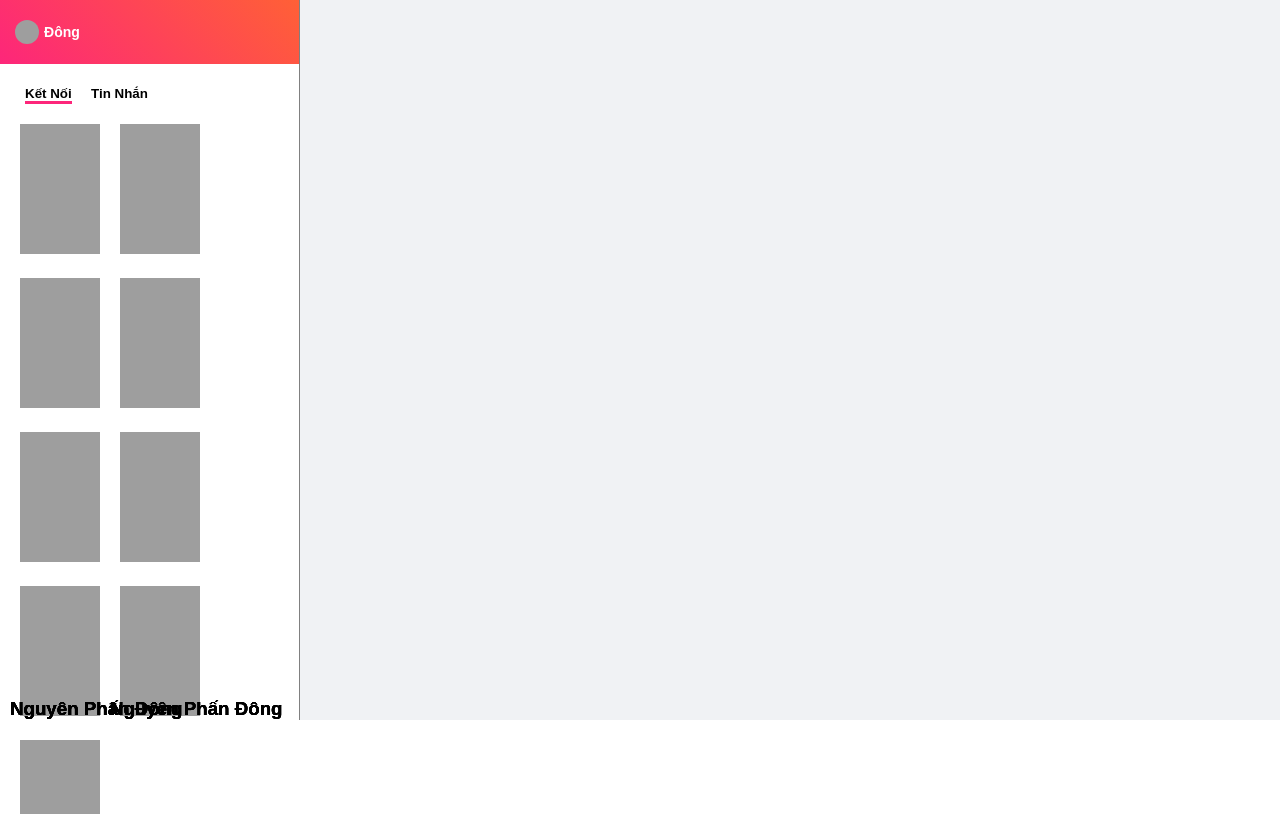
Repository: conquy2002/Project-Tinder
Page: Project RobinTinder/website/index.html
The author's editor kept a copy of each file at every save. The page is drawn from the files as they stood at one save, then again after the next save.
The browser window is 1280 px wide. The pictures show the whole page.
Pictures or frames that could not be fetched are drawn as grey boxes.

Above is the page before, as saved 2022-01-07 09:40:14.

After the next save:
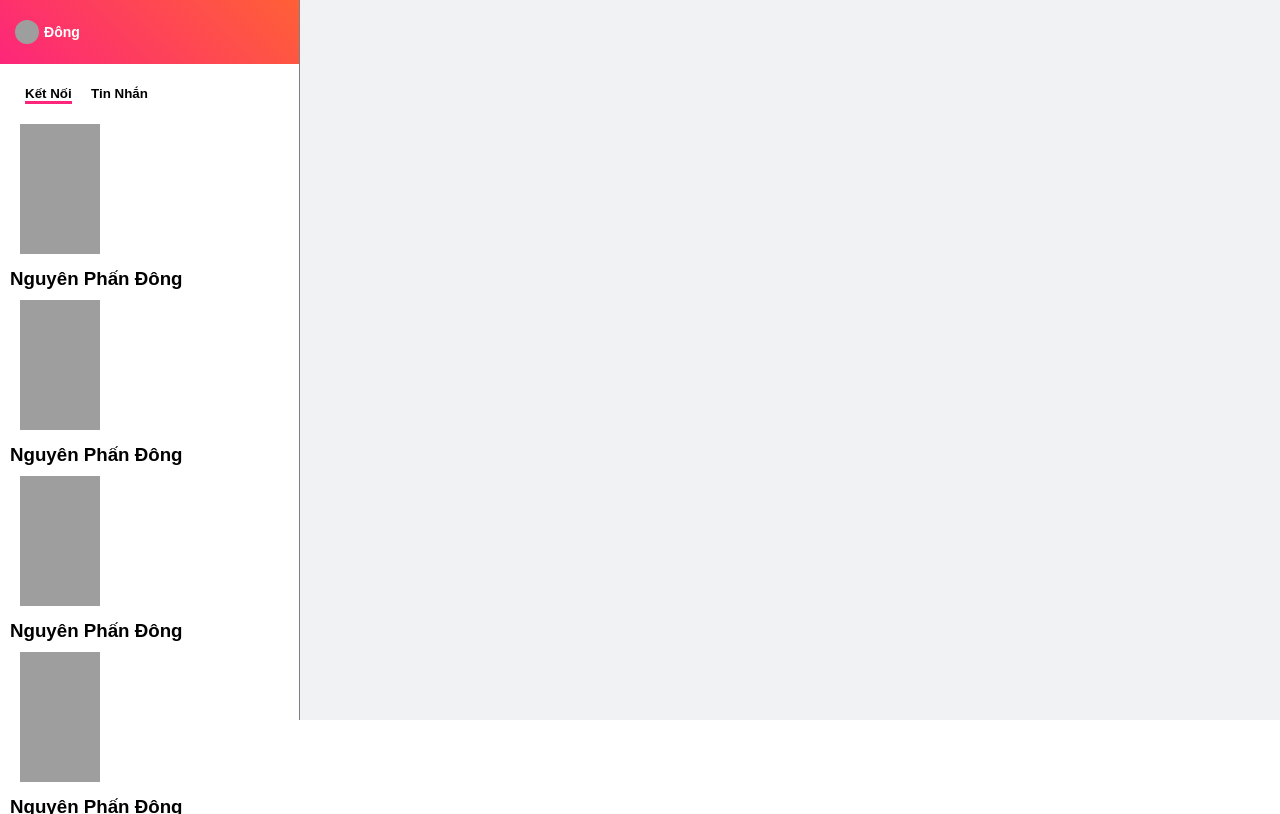
Saved 56 s later.
--- a/Project RobinTinder/website/css/style.css
+++ b/Project RobinTinder/website/css/style.css
@@ -85,10 +85,15 @@
     margin: 10px;
 }
 .nav__content-main .connection_span{
-
+    width: 90%;
+    white-space: pre-wrap;
+    position: absolute;
+    left: 6px;
+    bottom: 6px;
+    color: #fff;
 }
 .nav__content-main span h3{
-    position: absolute;
+
     bottom: 0;
     hyphens: none;
     white-space: nowrap;

After the 3 saves that followed:
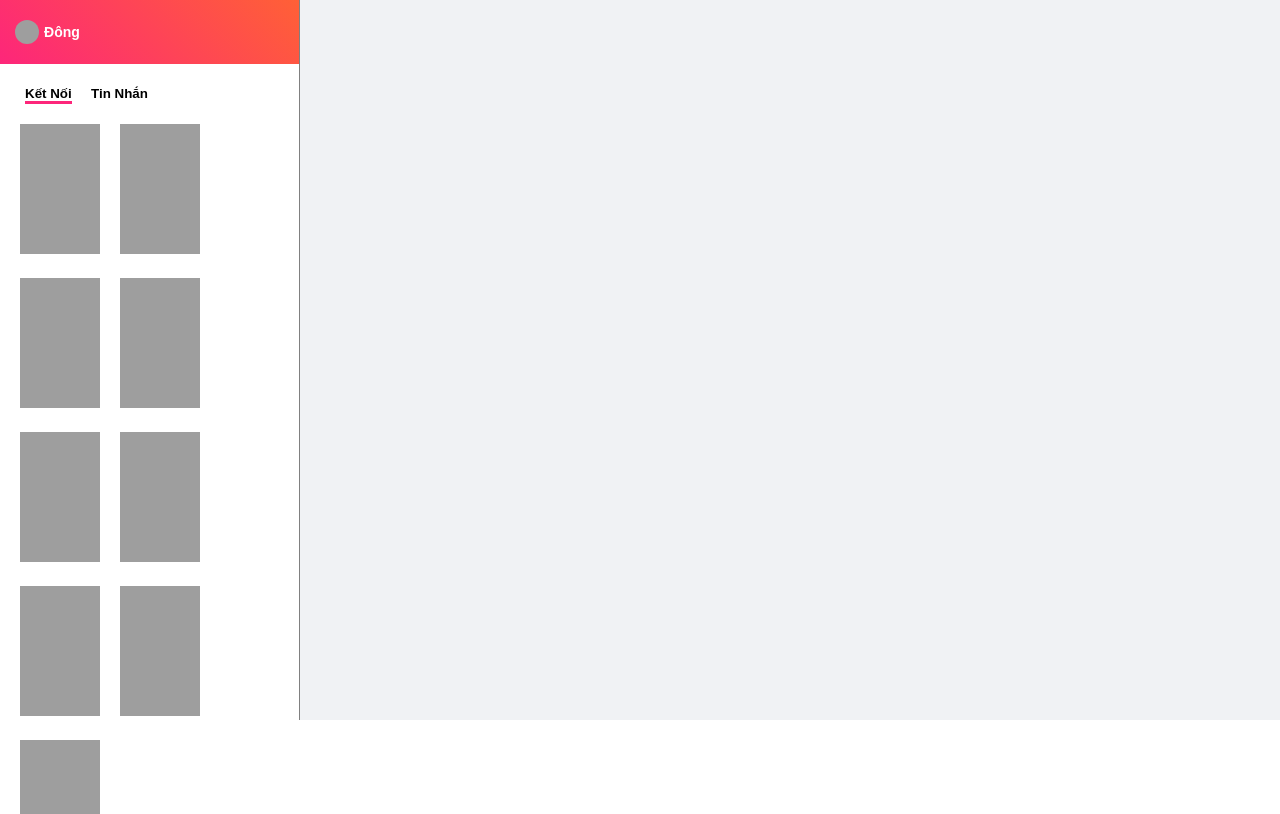
The 3 saves are shown as one change because 2 left the picture as it was.
The last was saved 33 s later.
--- a/Project RobinTinder/website/css/style.css
+++ b/Project RobinTinder/website/css/style.css
@@ -92,9 +92,9 @@
     bottom: 6px;
     color: #fff;
 }
-.nav__content-main span h3{
+.nav__content-main .connection_span h3{
+    position: absolute;
 
-    bottom: 0;
     hyphens: none;
     white-space: nowrap;
     text-overflow: ellipsis;
--- a/Project RobinTinder/website/js/main.js
+++ b/Project RobinTinder/website/js/main.js
@@ -36,7 +36,7 @@
         $("#js_nav_content_main").innerHTML += `
         <div class = "connection">
             <img src ="${a.img}"/>
-            <span><h3>${a.name}</h3></span>
+            <span class = "connection_span"><h3>${a.name}</h3></span>
         </div>
         `
     })
